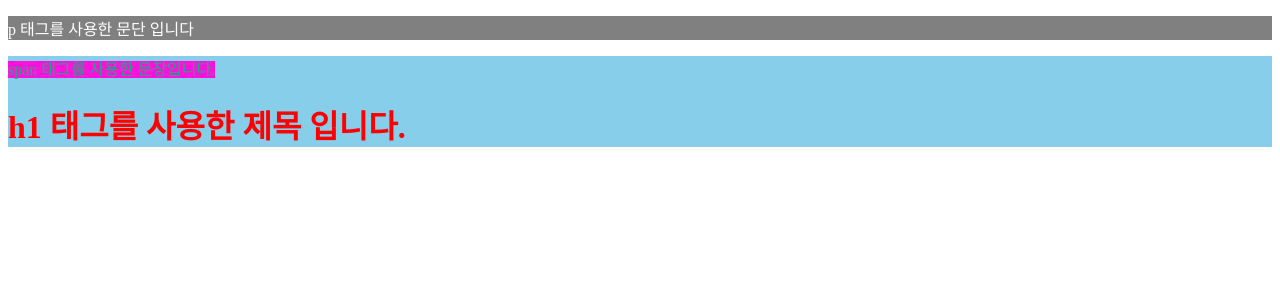
Repository: SeungwanHong/Web-jsp-
Page: 20170413/WebContent/main06.html
The author's editor kept a copy of each file at every save. The page is drawn from the files as they stood at one save, then again after the next save.
The browser window is 1280 px wide. The pictures show the whole page.

Above is the page before, as saved 2017-04-13 04:27:59.

After the next save:
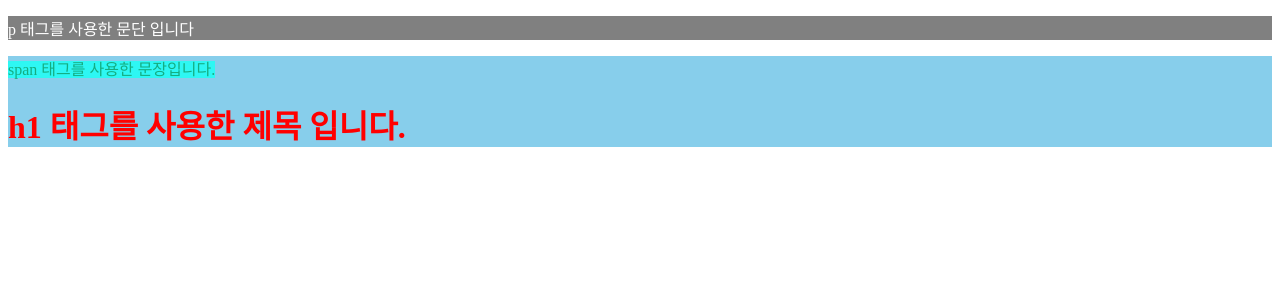
Saved 3 min 12 s later.
--- a/20170413/WebContent/main06.html
+++ b/20170413/WebContent/main06.html
@@ -33,7 +33,7 @@
 		color : red;
 	}
 	span{
-		background-color: #ff11dd;
+		background-color: #2EF7F3;
 		color: #15ad81
 	}
 </style>
